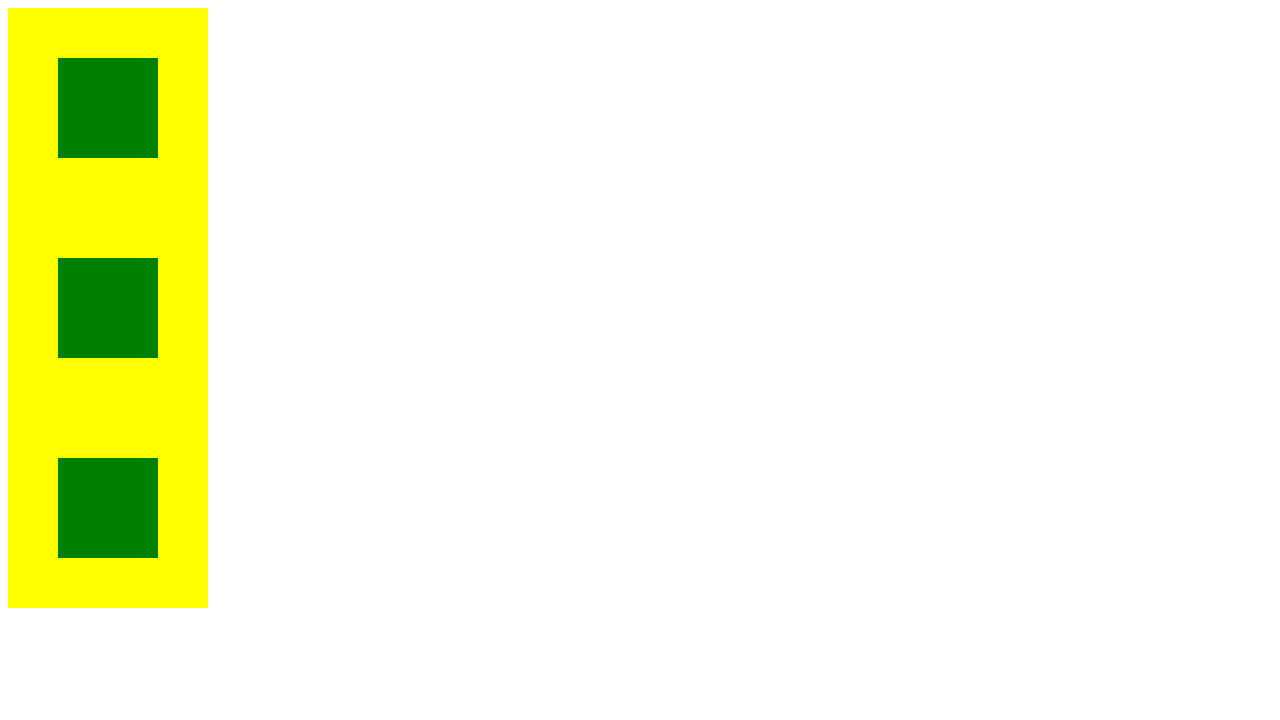
Repository: LumiereXyloto/javascript-data-structure
Page: 实现指定效果/水平垂直居中.html
An editor plug-in stored every save of this project. The page is shown before and after the next save, followed by the edit.
The browser window is 1280 px wide. The pictures show the whole page.

Above is the page before, as saved 2020-02-25 02:11:02.

After the next save:
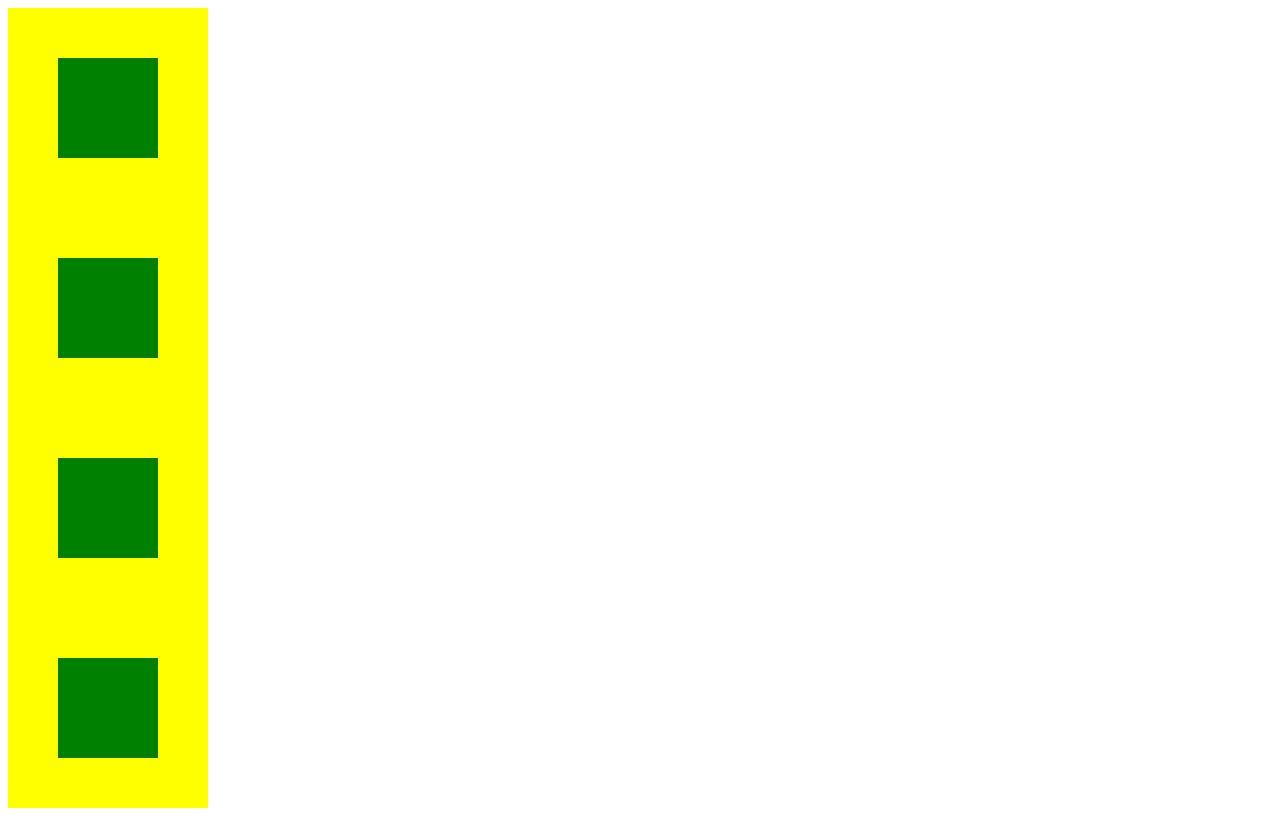
Saved 88 s later.
--- a/实现指定效果/水平垂直居中.html
+++ b/实现指定效果/水平垂直居中.html
@@ -57,6 +57,21 @@
       width: 100px;
       height: 100px;
     }
+
+    .wrap4 {
+      background: yellow;
+      width: 200px;
+      height: 200px;
+      display: flex;
+      align-items: center;
+      justify-content: center;
+    }
+
+    .center4 {
+      background: green;
+      width: 100px;
+      height: 100px;
+    }
   </style>
 </head>
 <body>
@@ -69,8 +84,8 @@
   <div class="wrap3">
     <div class="center3"></div>
   </div>
-  <div class="wrap">
-    <div class="center"></div>
+  <div class="wrap4">
+    <div class="center4"></div>
   </div>
 </body>
 </html>
